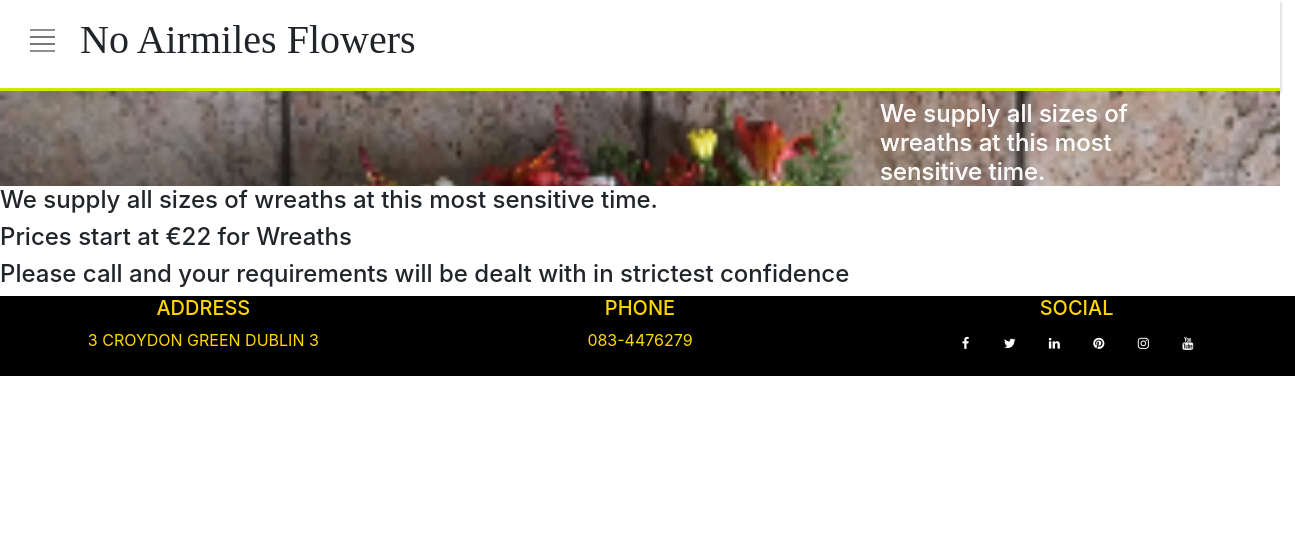
Repository: ConorTC1990/Flowers
Page: wreaths.html
The author's editor kept a record of every edit. The page is drawn from the files as they stood at one moment, then again after the next edit.
The browser window is 1280 px wide. The page is 1295 px wide, so the pictures cover 1295 px, including what lies to the right of the window. The pictures show the whole page.
Some web libraries are served in a nearby version.

Above is the page before.

After the next edit:
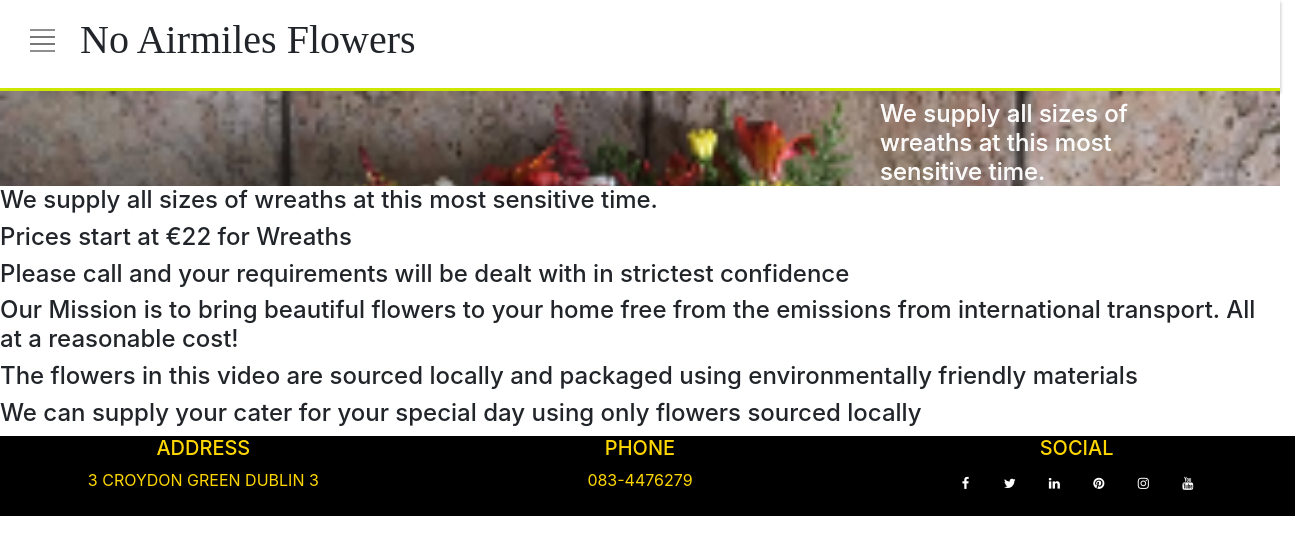
The edit:
--- a/wreaths.html
+++ b/wreaths.html
@@ -59,9 +59,21 @@
 
         Please call and your requirements will be dealt with in strictest confidence</h4>
         </div>
+      <div class="informationsection">
+		<h4>
+            Our Mission is to bring beautiful flowers to your home free from the emissions from international transport. All at a reasonable cost!
+        </h4>
+    <h4>
+           The flowers in this video are sourced locally and packaged using environmentally friendly materials
+        </h4>
+         <h4 >
+          We can supply your cater for your special day using only flowers sourced locally
+        </h4>
+
+	</div>
 
        <div class="videoclass2wreaths">
-		    <div class=videoclass2padding></div>
+
 		        <ul>
 		            <li> We supply all sizes of wreaths at this most sensitive time.</li>
 		            <li> We can provide custom wreaths for all memorial services</li>
